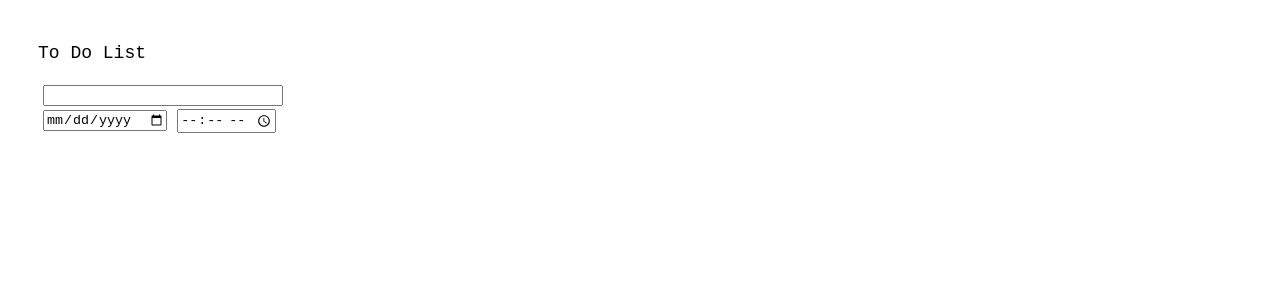
Repository: aknurkappar/nfactorial-web-advanced-todolist-homework
Page: / (app in front/toDoFront/)
The author's editor kept a copy of each file at every save. The page is drawn from the files as they stood at one save, then again after the next save.
The browser window is 1280 px wide. The pictures show the whole page.
The page's requests for data from a server got no answer. The project was rebuilt for these pictures with package versions that can differ from the ones it lists, and the page was loaded fresh each time. No one was signed in, and anything a server would have sent is missing. Also part of the build but not shown: front/toDoFront/vite.config.ts.

Above is the page before, as saved 2023-05-09 14:56:04.

### front/toDoFront/src/App.tsx
import './App.css'
import { Routes, Route,} from "react-router-dom";
import TaskListComponent from './components/TaskListComponent';

function App() {

  return (
    <>
      <Routes>
        <Route path="/" element={<TaskListComponent />}/>
        <Route path="/task" element={<TaskListComponent />}/>
        <Route/>
      </Routes>
    </>
  )
}

export default App

### front/toDoFront/src/index.css
:root {
  font-family: Inter, system-ui, Avenir, Helvetica, Arial, sans-serif;
  line-height: 1.5;
  font-weight: 400;
}

a {
  font-weight: 500;
  color: #646cff;
  text-decoration: inherit;
}
a:hover {
  color: #535bf2;
}

body {
  margin-top: 40px;
}

h1 {
  font-size: 3.2em;
  line-height: 1.1;
}

button {
  border-radius: 8px;
  border: 1px solid transparent;
  padding: 0.6em 1.2em;
  font-size: 1em;
  font-weight: 500;
  font-family: inherit;
  background-color: #1a1a1a;
  cursor: pointer;
  transition: border-color 0.25s;
}
button:hover {
  border-color: #646cff;
}
button:focus,
button:focus-visible {
  outline: 4px auto -webkit-focus-ring-color;
}

### front/toDoFront/src/components/TaskListComponent/index.tsx
import './index.css'
import { BASE_URL } from '../../constants'
import { useEffect, useState } from 'react';
import AddTaskComponent from '../AddTaskComponent';

function TaskListComponent() {
    const [taskList, setTaskList] = useState([] as Task[]);

    const getAllTasks = async()=>{
        let result = await fetch(
            `${BASE_URL}task`, {
                method: "get",
            })
        const data = await result.json() as Task[]
        setTaskList(data)
    }
    useEffect(() => {
        getAllTasks()
    }, [])

  return (
    <div className='main'>
        <p className='header'>To Do List</p>
      {
        taskList && taskList.map((task, index) => (
            <div key = {index}>
                <div className="to-do-item" key={index}>
                <button onClick={()=>{}}
                className="more-button"></button>
                <input type="checkbox" onChange={()=>{}} checked={task.isDone}/>
                <p className={`${task.isDone ? "done" : "todo-text"}`}>{task.title}</p>
                </div>
            </div>
        ))

        }
        <AddTaskComponent/>
    </div>
  )
}

export default TaskListComponent

### front/toDoFront/src/components/TaskListComponent/index.css
.buttons{
    display: flex;
    justify-content: space-between;
    align-items: center;
}
.menu-buttons{
    display: flex;
    flex-direction: row;
    align-items: center;
    height: 100px;
}
.menu-buttons button{
    height: 40px;
    width: 80px;
    margin-right: 20px;

    border-radius: 30px;
    border: none;
}
.modal-button{
    width: 500px;
    height: 50px;
    display: flex;
    justify-content: end;
}
.header-text{
    font-size: 25px;
    font-weight: 400;
}
.line{
    width: 100%;
    height: 2px;
    background-color: rgb(216, 216, 216);
    margin: 30px 0px;
}
.to-do-item{
    display: flex;
    flex-direction: row;
    align-items: center;
}
.to-do-item img, input{
    margin: 0px 5px;
}
.to-do-item img {
    height: 11px;
}
.to-do-item .todo-text{
    margin-left: 5px;
    text-decoration: none;
}
.to-do-item .done{
    margin-left: 5px;
    text-decoration: line-through;
    color: #b3b3b3;
}
.add-button{
    height: 50px;
    width: 50px;
    border-radius: 50px;
    border: none;
    background-color: #081e34;
    color: #fff;
    font-weight: 600;
    font-size: 40px;
    margin: 25px 20px;
}

.to-do-item .more-button{
    background-image: url(./assets/vector.png);
    background-repeat: no-repeat;
    background-size: 3px 13px;
    background-position: center;
    border: none;
    background-color: #fff;
    height: 20px;
    width: 5px;
}

.not-active{
    background-color:#F0F0F0;
}
.active{
    background-color:rgba(8, 30, 52, 0.42);
}
.trash-modal-in-trash, .trash-modal{
    background-color: rgb(216, 216, 216);
    border-radius: 5px;
    padding: 5px;
    display: flex;
    flex-direction: column;
    align-items: start;
}

.trash-modal-in-trash{
    height: 55px;
    width: 200px;
    justify-content: space-evenly;
    position: relative;
    top: 3em;
    left: -5em;
}
.trash-modal{
    height: 30px;
    width: 150px;
    justify-content: center;
    position: relative;
    top: 2em;
    left: -5em;
}
.trash-modal-in-trash .delete-forever, .trash-modal-in-trash .move-back, .trash-modal button{
    margin-left: 10px;
    width: 140px;
    border: none;
    background-color: rgb(216, 216, 216);
    color: #000;
    font-size: 12px;
    background-repeat: no-repeat;
    background-size: 10px 15px;
    padding-left: 17px;
    text-align: start;
}

.trash-modal-in-trash .delete-forever, .trash-modal button{
    background-image: url(./assets/trash.png);
}

.trash-modal-in-trash .move-back{
    background-image: url(./assets/moveBack.png);
}

.header{
    font-family: 'Courier New', Courier, monospace;
    font-size: large;
}

.main{
    margin-left: 30px;
}

### front/toDoFront/src/constants/index.tsx
export const BASE_URL = "http://localhost:4200/"

### front/toDoFront/src/components/AddTaskComponent/index.tsx
import './index.css'

function AddTaskComponent() {

  return (
    <form className='add-task-form'>
      <input type='text'/>
      <div>
        <input type='date'/>
        <input type='time'/>
      </div>
    </form>
  )
}

export default AddTaskComponent

### front/toDoFront/src/components/AddTaskComponent/index.css
.add-task-form{
    width: 250px;
    display: flex;
    flex-direction: column;
}

Loaded but not shown: front/toDoFront/index.html (common file); front/toDoFront/src/main.tsx (common file); front/toDoFront/src/App.css (no stored copy; drawn as an empty file)

After the next save:
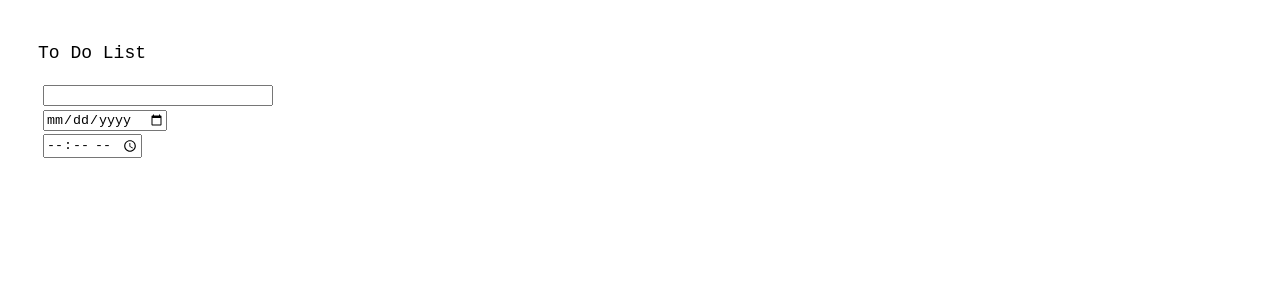
Saved 4 s later.
--- a/front/toDoFront/src/components/AddTaskComponent/index.css
+++ b/front/toDoFront/src/components/AddTaskComponent/index.css
@@ -1,5 +1,5 @@
 .add-task-form{
-    width: 250px;
+    width: 240px;
     display: flex;
     flex-direction: column;
 }
